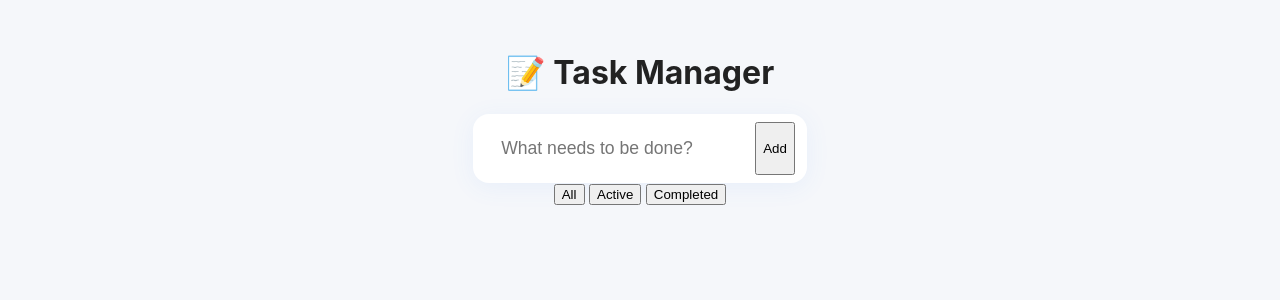
Repository: kirankumarwq/On-Time
Page: index.html
An editor plug-in stored every save of this project. The page is shown before and after the next save, followed by the edit.
The browser window is 1280 px wide. The pictures show the whole page.

Above is the page before, as saved 2025-06-09 17:26:14.

### index.html
<!DOCTYPE html>
<html lang="en">
<head>
  <meta charset="UTF-8">
  <meta name="viewport" content="width=device-width, initial-scale=1">
  <title>Task Manager MVP</title>
  <link rel="stylesheet" href="style.css">
</head>
<body>
  <main class="container">
    <h1>📝 Task Manager</h1>
    <form id="task-form">
      <input type="text" id="task-input" placeholder="What needs to be done?" required>
      <button type="submit">Add</button>
    </form>
    <div id="filters">
  <button onclick="setFilter('all')">All</button>
  <button onclick="setFilter('active')">Active</button>
  <button onclick="setFilter('completed')">Completed</button>
</div>
    <ul id="task-list"></ul>
  </main>

  <script src="script.js"></script>
</body>
</html>

### style.css
/* CSS for a modern, clean task management app */
/* Using CSS variables for easy theming and maintenance */
:root {
    --primary: #4F8CFF;
    --secondary: #F5F7FA;
    --accent: #FFD166;
    --danger: #FF5C5C;
    --text: #222;
    --bg: #fff;
    --radius: 16px;
    --shadow: 0 4px 24px rgba(79,140,255,0.08);
    --font-main: 'Inter', 'Segoe UI', Arial, sans-serif;
}
* {
    box-sizing: border-box;
}
body {
    font-family: var(--font-main);
    background: var(--secondary);
    color: var(--text);
    margin: 0;
    min-height: 100vh;
    display: flex;
    flex-direction: column;
}
header {
    background: var(--primary);
    color: #fff;
    padding: 2.5rem 1rem 1.5rem 1rem;
    text-align: center;
    border-radius: 0 0 var(--radius) var(--radius);
    box-shadow: var(--shadow);
}
header h1 {
    font-size: 2.5rem;
    font-weight: 800;
    margin: 0 0 0.5rem 0;
    letter-spacing: -1px;
}
header p {
    font-size: 1.15rem;
    font-weight: 400;
    margin: 0;
    opacity: 0.85;
}
main {
    flex: 1;
    display: flex;
    flex-direction: column;
    align-items: center;
    padding: 2rem 1rem;
}
#task-input-section {
    width: 100%;
    max-width: 480px;
    margin-bottom: 2rem;
}
#task-form {
    display: flex;
    gap: 0.75rem;
    background: var(--bg);
    border-radius: var(--radius);
    box-shadow: var(--shadow);
    padding: 0.5rem 0.75rem;
}
#task-input {
    flex: 1;
    padding: 1rem;
    border: none;
    border-radius: var(--radius);
    font-size: 1.1rem;
    background: transparent;
    outline: none;
    color: var(--text);
}
#add-task-btn {
    background: var(--primary);
    color: #fff;
    border: none;
    border-radius: var(--radius);
    padding: 0 1.5rem;
    font-size: 1.1rem;
    font-weight: 600;
    cursor: pointer;
    transition: background 0.2s, color 0.2s;
    box-shadow: 0 2px 8px rgba(79,140,255,0.10);
}
#add-task-btn:hover, #add-task-btn:focus {
    background: var(--accent);
    color: #222;
}
#tasks-section {
    width: 100%;
    max-width: 480px;
}
#task-list {
    list-style: none;
    padding: 0;
    margin: 0;
}
.task-item {
    background: var(--bg);
    margin-bottom: 1.25rem;
    padding: 1.1rem 1rem;
    border-radius: var(--radius);
    box-shadow: var(--shadow);
    display: flex;
    align-items: center;
    justify-content: space-between;
    transition: background 0.2s, box-shadow 0.2s;
    font-size: 1.08rem;
}
.task-item.completed {
    text-decoration: line-through;
    opacity: 0.55;
    background: #e9ecef;
}
.task-actions {
    display: flex;
    gap: 0.5rem;
}
.action-btn {
    background: none;
    border: none;
    cursor: pointer;
    font-size: 1.25rem;
    padding: 0.3rem 0.7rem;
    border-radius: var(--radius);
    transition: background 0.2s, color 0.2s;
    outline: none;
}
.action-btn.complete {
    color: var(--primary);
}
.action-btn.delete {
    color: var(--danger);
}
.action-btn:focus, .action-btn:hover {
    background: var(--secondary);
    color: var(--accent);
}
footer {
    text-align: center;
    padding: 1.2rem 0 1rem 0;
    background: #f9f9f9;
    color: #888;
    font-size: 1rem;
    border-radius: var(--radius) var(--radius) 0 0;
    box-shadow: 0 -2px 8px rgba(0,0,0,0.03);
}
body.landing {
    min-height: 100vh;
    display: flex;
    flex-direction: column;
    justify-content: space-between;
    align-items: center;
    background: var(--secondary);
    margin: 0;
}
.landing-header {
    width: 100%;
    text-align: center;
    margin-top: 12vh;
}
.landing-header h1 {
    font-size: 3rem;
    font-weight: 900;
    color: var(--primary);
    margin-bottom: 0.5rem;
    letter-spacing: -2px;
}
.landing-header p {
    font-size: 1.3rem;
    color: #444;
    opacity: 0.85;
    margin: 0;
}
.landing-main {
    flex: 1;
    display: flex;
    align-items: center;
    justify-content: center;
    width: 100%;
}
.start-btn {
    position: fixed;
    left: 50%;
    bottom: 7vh;
    transform: translateX(-50%);
    background: var(--primary);
    color: #fff;
    border: none;
    border-radius: 32px;
    padding: 1.1rem 3.5rem;
    font-size: 1.4rem;
    font-weight: 700;
    box-shadow: 0 6px 32px rgba(79,140,255,0.15);
    cursor: pointer;
    transition: background 0.2s, color 0.2s, box-shadow 0.2s;
    z-index: 10;
}
.start-btn:hover, .start-btn:focus {
    background: var(--accent);
    color: var(--text);
    box-shadow: 0 8px 40px rgba(255,209,102,0.18);
}
.landing-footer {
    width: 100%;
    text-align: center;
    padding: 1.2rem 0 1rem 0;
    background: #f9f9f9;
    color: #888;
    font-size: 1rem;
    border-radius: var(--radius) var(--radius) 0 0;
    box-shadow: 0 -2px 8px rgba(0,0,0,0.03);
    position: fixed;
    left: 0;
    bottom: 0;
}
@media (max-width: 600px) {
    main, #task-input-section, #tasks-section {
        padding: 1rem 0.2rem;
        max-width: 100%;
    }
    .task-item {
        flex-direction: column;
        align-items: flex-start;
        gap: 0.5rem;
        font-size: 1rem;
    }
    header h1 {
        font-size: 2rem;
    }
    .landing-header h1 {
        font-size: 2.1rem;
    }
    .start-btn {
        font-size: 1.1rem;
        padding: 0.9rem 2.2rem;
    }
}

Loaded but not shown: script.js (empty)

After the next save:
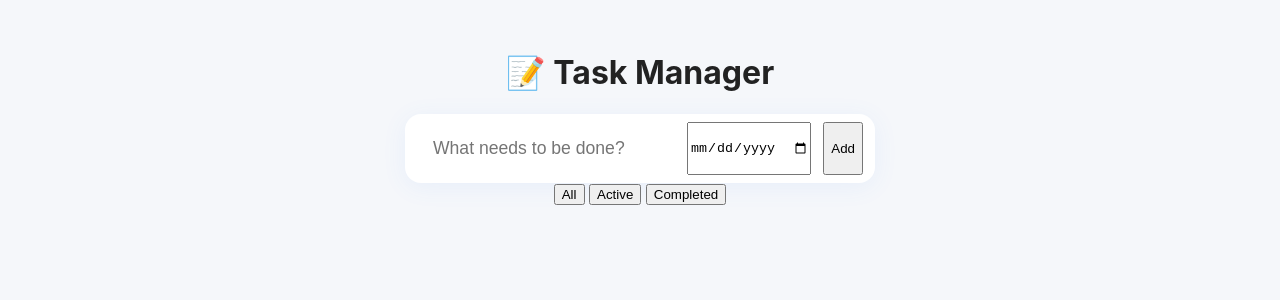
Saved 9 min 30 s later.
--- a/index.html
+++ b/index.html
@@ -11,6 +11,7 @@
     <h1>📝 Task Manager</h1>
     <form id="task-form">
       <input type="text" id="task-input" placeholder="What needs to be done?" required>
+       <input id="task-date" type="date" />
       <button type="submit">Add</button>
     </form>
     <div id="filters">
